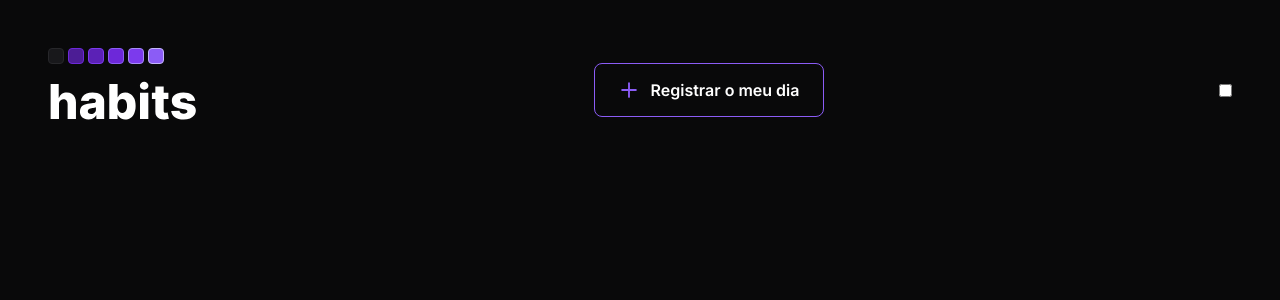
Repository: AntonyCosta/nlw-setup
Page: index.html
An editor plug-in stored every save of this project. The page is shown before and after a run of saves, followed by the edit.
The browser window is 1280 px wide. The pictures show the whole page.

Above is the page before, as saved 2023-01-18 03:35:25.

After the next 2 saves:
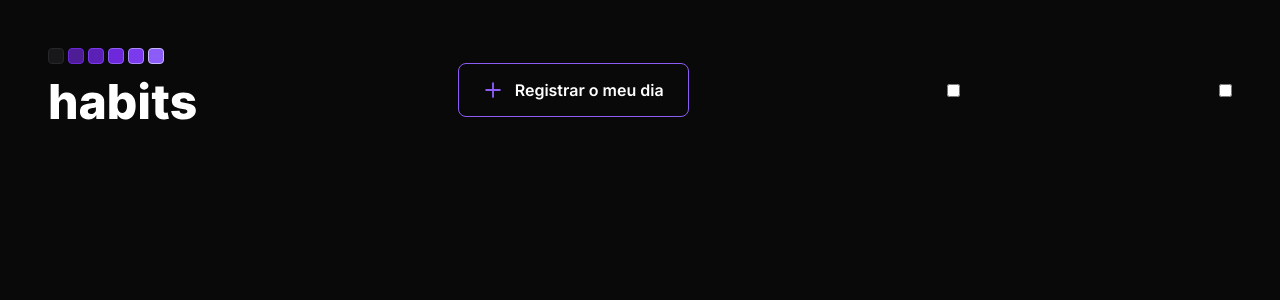
The 2 saves are shown as one change because they came seconds apart.
The last was saved 12 s later.
--- a/index.html
+++ b/index.html
@@ -22,6 +22,7 @@
       </button>
 
       <input type="checkbox" />
+      <input type="checkbox" />
     </header>
   </body>
 </html>
